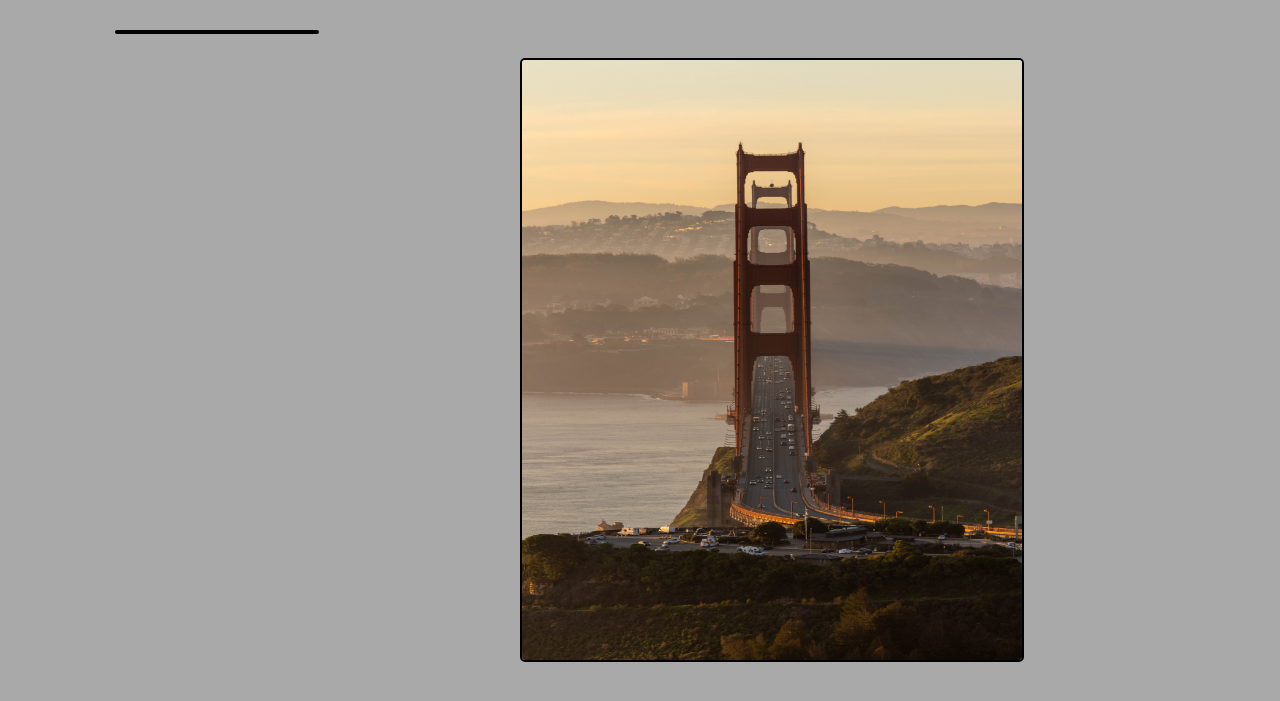
Repository: fussionko/web_photoshop
Page: index.html
An editor plug-in stored every save of this project. The page is shown before and after the next save, followed by the edit.
The browser window is 1280 px wide. The pictures show the whole page.
Some web libraries are served in a nearby version.

Above is the page before, as saved 2022-05-11 15:13:13.

After the next save:
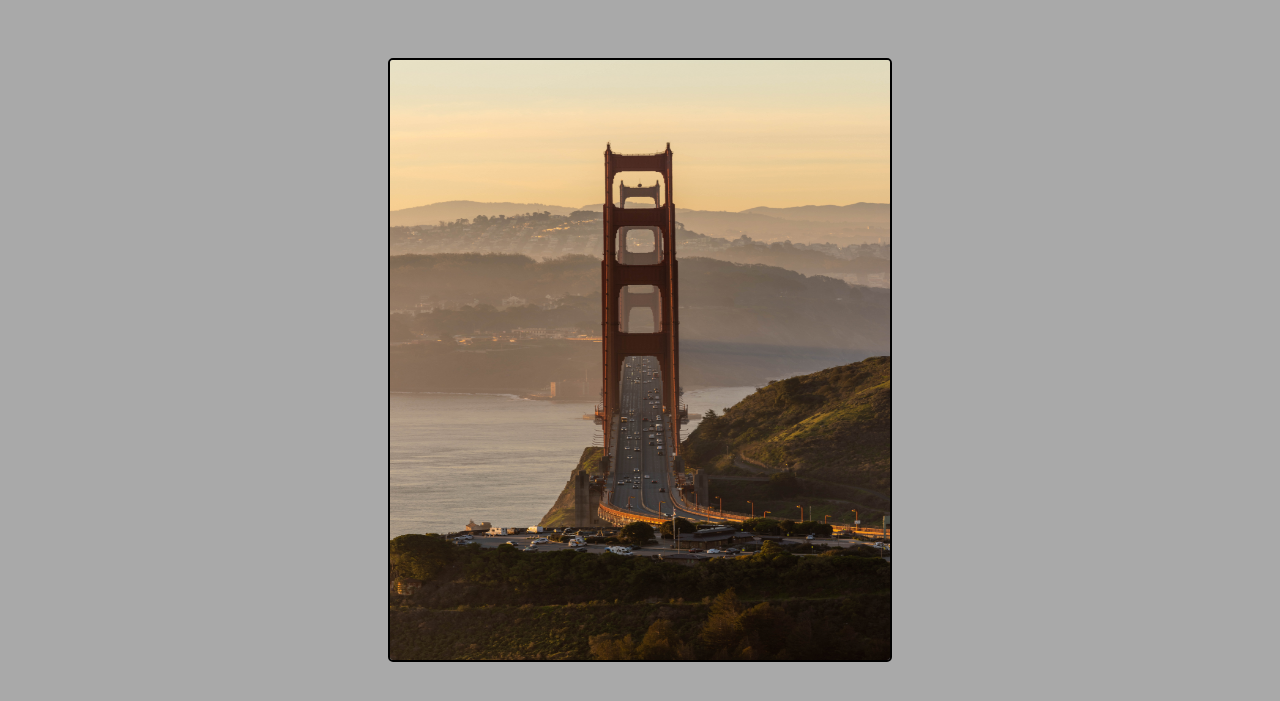
Saved 105 s later.
--- a/index.html
+++ b/index.html
@@ -9,7 +9,9 @@
     </head>
     <body>
         <div id="container-left">
-            <div id="buttons"></div>
+            <div id="container-buttons">
+                <div class="button"></div>
+            </div>
         </div>
         <div id="container-middle">
             <canvas id="main-canvas"></canvas>

After the save that followed:
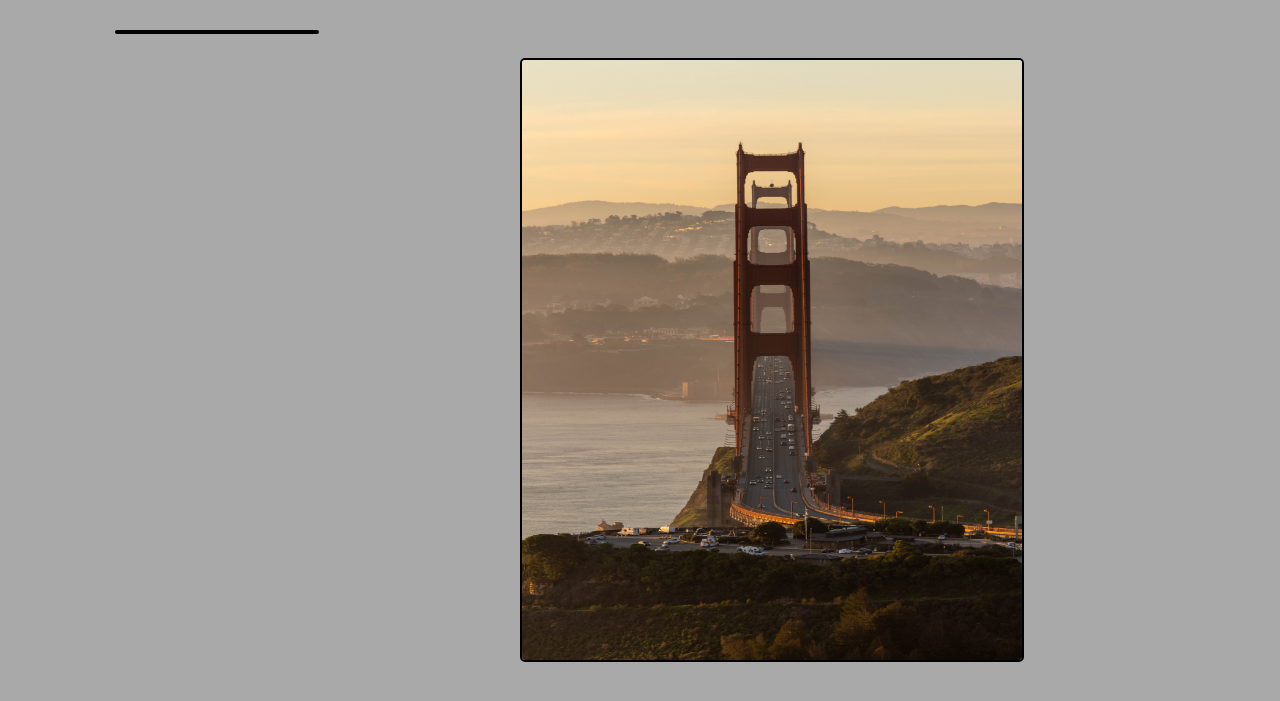
Saved 4 s later.
--- a/style.css
+++ b/style.css
@@ -24,7 +24,7 @@ body {
     flex-direction: column;
 }
 
-#buttons {
+#container-buttons {
     margin: 30px;
     border: 2px solid black;
     border-radius: 5px;
